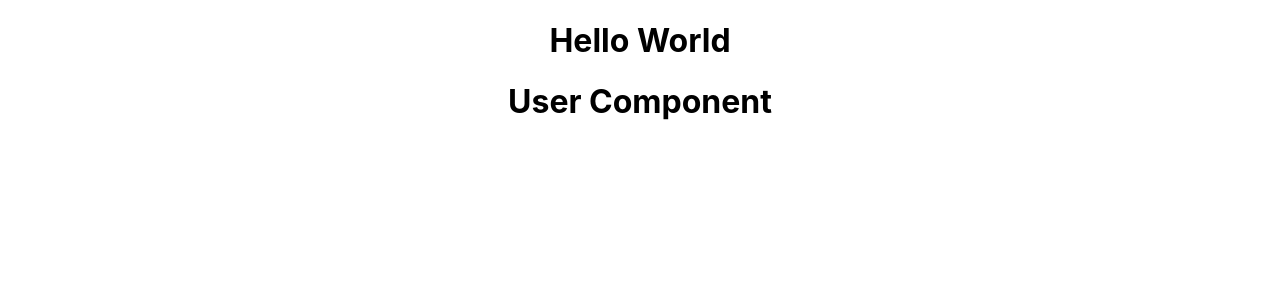
Repository: DeepikaSuretek/React
Page: / (app in practice-app/)
An editor plug-in stored every save of this project. The page is shown before and after a run of saves, followed by the edit.
The browser window is 1280 px wide. The pictures show the whole page.
The project was rebuilt for these pictures with package versions that can differ from the ones it lists, and the page was loaded fresh each time.

Above is the page before, as saved 2024-07-08 16:22:14.

After the next 3 saves:
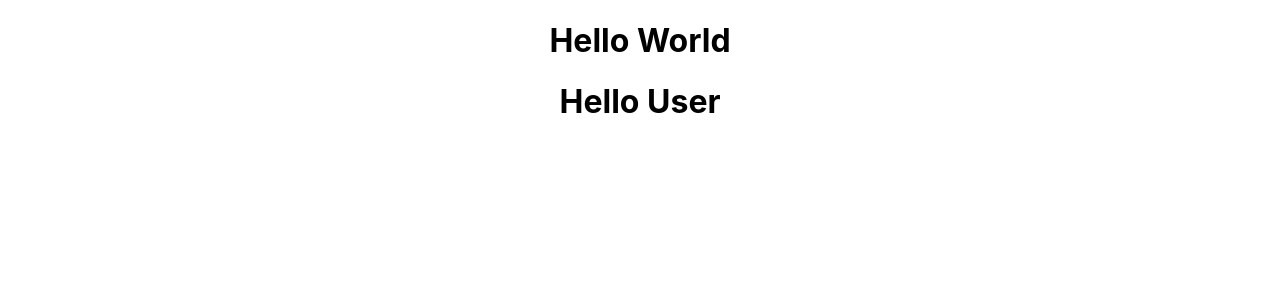
The 3 saves are shown as one change because 2 did not build or start.
The last was saved 61 s later.
--- a/practice-app/src/App.js
+++ b/practice-app/src/App.js
@@ -1,5 +1,5 @@
 import './App.css';
-import User from './functional-component/function';
+import User from './class-component/class';
 
 function App() {
   return (
--- a/practice-app/src/class-component/class.js
+++ b/practice-app/src/class-component/class.js
@@ -7,3 +7,5 @@ class User extends Component{
         )
     }
 }
+
+export default User;
